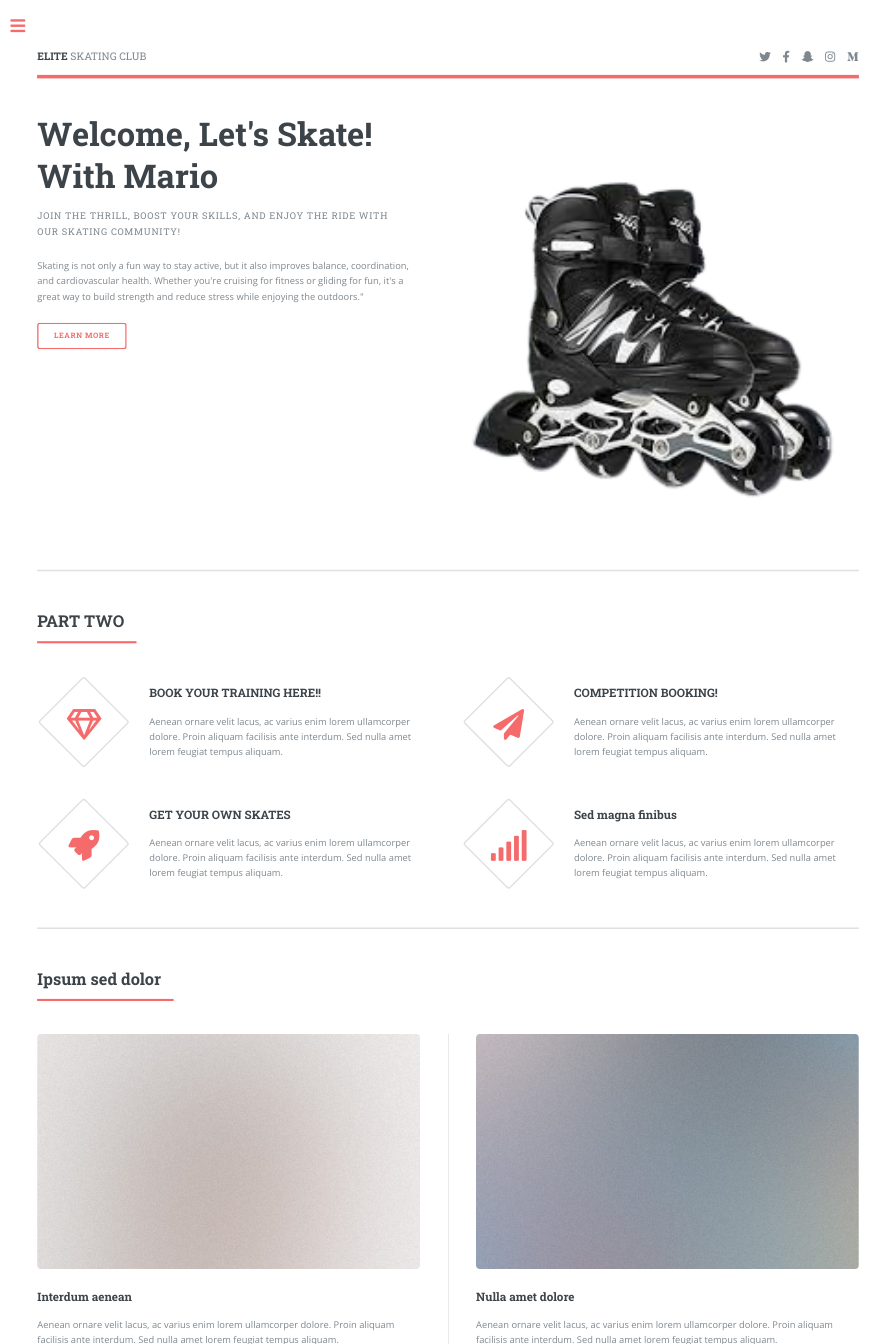
Repository: rachel648/New_Elite
Page: index.html
These files come from the project's save history. The page is drawn as it stood at one moment and after the next save; the edit follows.
The browser window is 1280 px wide. The pictures show the part of the page from y = 0 to 1920 px (the page is 3230 px tall), at 70% of full size.

Above is the page before, as saved 2024-09-20 14:13:46.

### index.html
<!DOCTYPE HTML>
<html>
	<head>
		<title>ELITE SKATES</title>
		<meta charset="utf-8" />
		<meta name="viewport" content="width=device-width, initial-scale=1, user-scalable=no" />
		<link rel="stylesheet" href="assets/css/main.css" />
	</head>
	<body class="is-preload">

		<!-- Wrapper -->
			<div id="wrapper">

				<!-- Main -->
					<div id="main">
						<div class="inner">

							<!-- Header -->
								<header id="header">
									<a href="index.html" class="logo"><strong>ELITE </strong>SKATING CLUB</a>
									<ul class="icons">
										<li><a href="#" class="icon brands fa-twitter"><span class="label">Twitter</span></a></li>
										<li><a href="#" class="icon brands fa-facebook-f"><span class="label">Facebook</span></a></li>
										<li><a href="#" class="icon brands fa-snapchat-ghost"><span class="label">Snapchat</span></a></li>
										<li><a href="#" class="icon brands fa-instagram"><span class="label">Instagram</span></a></li>
										<li><a href="#" class="icon brands fa-medium-m"><span class="label">Medium</span></a></li>
									</ul>
								</header>

							<!-- Banner -->
								<section id="banner">
									<div class="content">
										<header>
											<h1>Welcome, Let's Skate!<br />
											With Mario</h1>
											<p>Join the thrill, boost your skills, and enjoy the ride with our skating community!</p>
										</header>
										<p>Skating is not only a fun way to stay active, but it also improves balance, coordination, and cardiovascular health. Whether you're cruising for fitness or gliding for fun, it's a great way to build strength and reduce stress while enjoying the outdoors."</p>
										<ul class="actions">
											<li><a href="#" class="button big">Learn More</a></li>
										</ul>
									</div>
									<span class="image object">
										<img src="images/skateone-removebg-preview.png" alt="" />
									</span>
								</section>

							<!-- Section -->
								<section>
									<header class="major">
										<h2>PART TWO</h2>
									</header>
									<div class="features">
										<article>
											<span class="icon fa-gem"></span>
											<div class="content">
												<h3>BOOK YOUR TRAINING HERE!!</h3>
												<p>Aenean ornare velit lacus, ac varius enim lorem ullamcorper dolore. Proin aliquam facilisis ante interdum. Sed nulla amet lorem feugiat tempus aliquam.</p>
											</div>
										</article>
										<article>
											<span class="icon solid fa-paper-plane"></span>
											<div class="content">
												<h3>COMPETITION BOOKING!</h3>
												<p>Aenean ornare velit lacus, ac varius enim lorem ullamcorper dolore. Proin aliquam facilisis ante interdum. Sed nulla amet lorem feugiat tempus aliquam.</p>
											</div>
										</article>
										<article>
											<span class="icon solid fa-rocket"></span>
											<div class="content">
												<h3>GET YOUR OWN SKATES</h3>
												<p>Aenean ornare velit lacus, ac varius enim lorem ullamcorper dolore. Proin aliquam facilisis ante interdum. Sed nulla amet lorem feugiat tempus aliquam.</p>
											</div>
										</article>
										<article>
											<span class="icon solid fa-signal"></span>
											<div class="content">
												<h3>Sed magna finibus</h3>
												<p>Aenean ornare velit lacus, ac varius enim lorem ullamcorper dolore. Proin aliquam facilisis ante interdum. Sed nulla amet lorem feugiat tempus aliquam.</p>
											</div>
										</article>
									</div>
								</section>

							<!-- Section -->
								<section>
									<header class="major">
										<h2>Ipsum sed dolor</h2>
									</header>
									<div class="posts">
										<article>
											<a href="#" class="image"><img src="images/pic01.jpg" alt="" /></a>
											<h3>Interdum aenean</h3>
											<p>Aenean ornare velit lacus, ac varius enim lorem ullamcorper dolore. Proin aliquam facilisis ante interdum. Sed nulla amet lorem feugiat tempus aliquam.</p>
											<ul class="actions">
												<li><a href="#" class="button">More</a></li>
											</ul>
										</article>
										<article>
											<a href="#" class="image"><img src="images/pic02.jpg" alt="" /></a>
											<h3>Nulla amet dolore</h3>
											<p>Aenean ornare velit lacus, ac varius enim lorem ullamcorper dolore. Proin aliquam facilisis ante interdum. Sed nulla amet lorem feugiat tempus aliquam.</p>
											<ul class="actions">
												<li><a href="#" class="button">More</a></li>
											</ul>
										</article>
										<article>
											<a href="#" class="image"><img src="images/pic03.jpg" alt="" /></a>
											<h3>Tempus ullamcorper</h3>
											<p>Aenean ornare velit lacus, ac varius enim lorem ullamcorper dolore. Proin aliquam facilisis ante interdum. Sed nulla amet lorem feugiat tempus aliquam.</p>
											<ul class="actions">
												<li><a href="#" class="button">More</a></li>
											</ul>
										</article>
										<article>
											<a href="#" class="image"><img src="images/pic04.jpg" alt="" /></a>
											<h3>Sed etiam facilis</h3>
											<p>Aenean ornare velit lacus, ac varius enim lorem ullamcorper dolore. Proin aliquam facilisis ante interdum. Sed nulla amet lorem feugiat tempus aliquam.</p>
											<ul class="actions">
												<li><a href="#" class="button">More</a></li>
											</ul>
										</article>
										<article>
											<a href="#" class="image"><img src="images/pic05.jpg" alt="" /></a>
											<h3>Feugiat lorem aenean</h3>
											<p>Aenean ornare velit lacus, ac varius enim lorem ullamcorper dolore. Proin aliquam facilisis ante interdum. Sed nulla amet lorem feugiat tempus aliquam.</p>
											<ul class="actions">
												<li><a href="#" class="button">More</a></li>
											</ul>
										</article>
										<article>
											<a href="#" class="image"><img src="images/pic06.jpg" alt="" /></a>
											<h3>Amet varius aliquam</h3>
											<p>Aenean ornare velit lacus, ac varius enim lorem ullamcorper dolore. Proin aliquam facilisis ante interdum. Sed nulla amet lorem feugiat tempus aliquam.</p>
											<ul class="actions">
												<li><a href="#" class="button">More</a></li>
											</ul>
										</article>
									</div>
								</section>

						</div>
					</div>

				<!-- Sidebar -->
					<div id="sidebar">
						<div class="inner">

							<!-- Search -->
								<section id="search" class="alt">
									<form method="post" action="#">
										<input type="text" name="query" id="query" placeholder="Search" />
									</form>
								</section>

							<!-- Menu -->
								<nav id="menu">
									<header class="major">
										<h2>Menu</h2>
									</header>
									<ul>
										<li><a href="index.html">Homepage</a></li>
										<li><a href="generic.html">Generic</a></li>
										<li><a href="elements.html">Elements</a></li>
										<li>
											<span class="opener">Submenu</span>
											<ul>
												<li><a href="#">Lorem Dolor</a></li>
												<li><a href="#">Ipsum Adipiscing</a></li>
												<li><a href="#">Tempus Magna</a></li>
												<li><a href="#">Feugiat Veroeros</a></li>
											</ul>
										</li>
										<li><a href="#">Etiam Dolore</a></li>
										<li><a href="#">Adipiscing</a></li>
										<li>
											<span class="opener">Another Submenu</span>
											<ul>
												<li><a href="#">Lorem Dolor</a></li>
												<li><a href="#">Ipsum Adipiscing</a></li>
												<li><a href="#">Tempus Magna</a></li>
												<li><a href="#">Feugiat Veroeros</a></li>
											</ul>
										</li>
										<li><a href="#">Maximus Erat</a></li>
										<li><a href="#">Sapien Mauris</a></li>
										<li><a href="#">Amet Lacinia</a></li>
									</ul>
								</nav>

							<!-- Section -->
								<section>
									<header class="major">
										<h2>Ante interdum</h2>
									</header>
									<div class="mini-posts">
										<article>
											<a href="#" class="image"><img src="images/pic07.jpg" alt="" /></a>
											<p>Aenean ornare velit lacus, ac varius enim lorem ullamcorper dolore aliquam.</p>
										</article>
										<article>
											<a href="#" class="image"><img src="images/pic08.jpg" alt="" /></a>
											<p>Aenean ornare velit lacus, ac varius enim lorem ullamcorper dolore aliquam.</p>
										</article>
										<article>
											<a href="#" class="image"><img src="images/pic09.jpg" alt="" /></a>
											<p>Aenean ornare velit lacus, ac varius enim lorem ullamcorper dolore aliquam.</p>
										</article>
									</div>
									<ul class="actions">
										<li><a href="#" class="button">More</a></li>
									</ul>
								</section>

							<!-- Section -->
								<section>
									<header class="major">
										<h2>Get in touch</h2>
									</header>
									<p>Sed varius enim lorem ullamcorper dolore aliquam aenean ornare velit lacus, ac varius enim lorem ullamcorper dolore. Proin sed aliquam facilisis ante interdum. Sed nulla amet lorem feugiat tempus aliquam.</p>
									<ul class="contact">
										<li class="icon solid fa-envelope"><a href="#">information@untitled.tld</a></li>
										<li class="icon solid fa-phone">(000) 000-0000</li>
										<li class="icon solid fa-home">1234 Somewhere Road #8254<br />
										Nashville, TN 00000-0000</li>
									</ul>
								</section>

							<!-- Footer -->
								<footer id="footer">
									<p class="copyright">&copy; Untitled. All rights reserved. Demo Images: <a href="https://unsplash.com">Unsplash</a>. Design: <a href="https://html5up.net">HTML5 UP</a>.</p>
								</footer>

						</div>
					</div>

			</div>

		<!-- Scripts -->
			<script src="assets/js/jquery.min.js"></script>
			<script src="assets/js/browser.min.js"></script>
			<script src="assets/js/breakpoints.min.js"></script>
			<script src="assets/js/util.js"></script>
			<script src="assets/js/main.js"></script>

	</body>
</html>

Loaded but not shown: assets/css/fontawesome-all.min.css (library); assets/js/jquery.min.js (library); assets/js/browser.min.js (common file); assets/js/breakpoints.min.js (common file); assets/js/util.js (587 lines, source omitted); assets/js/main.js (262 lines, source omitted); assets/css/main.css (2284 lines, source omitted)

After the next save:
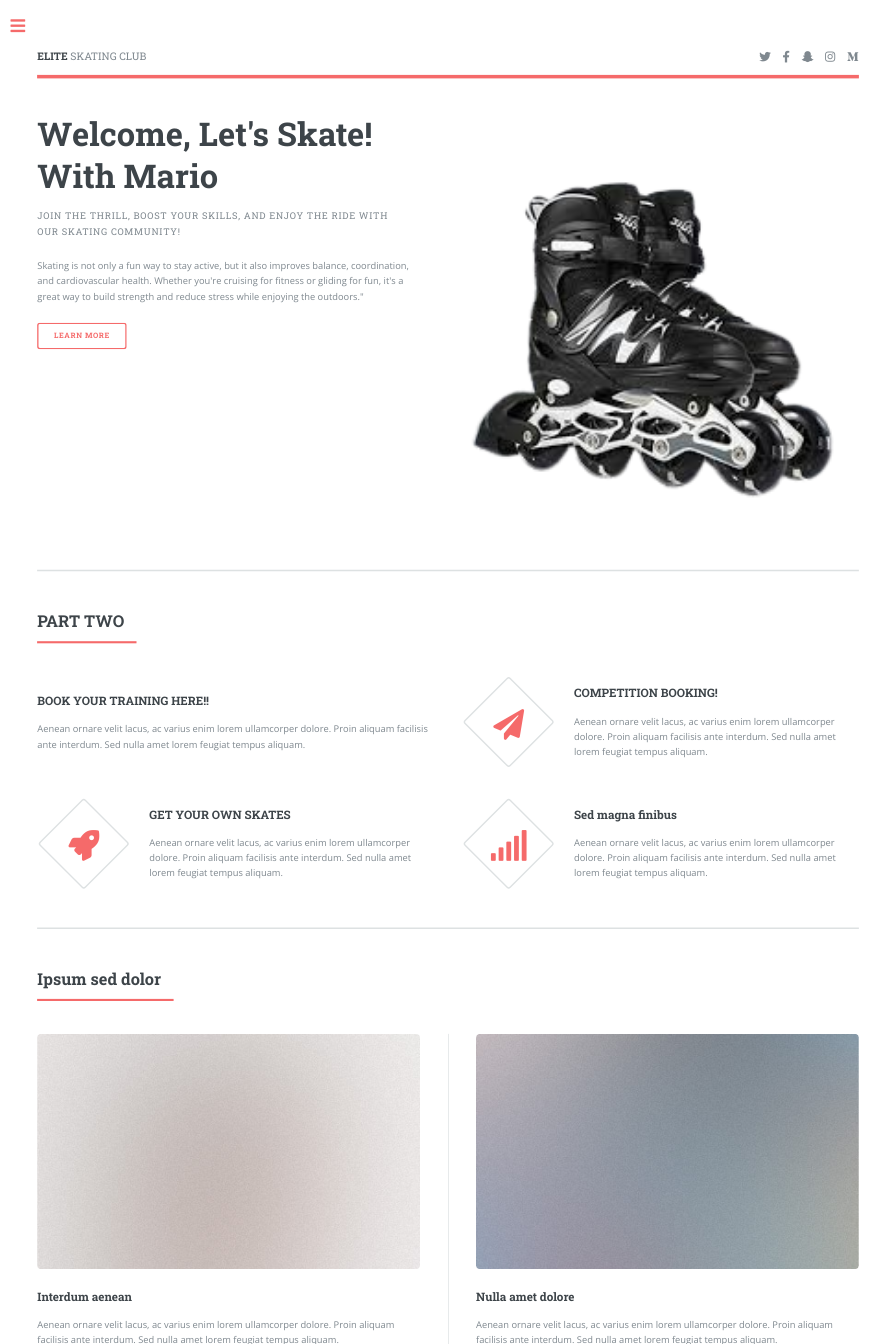
Not found: images/traininng.png
Saved 2 min 23 s later.
--- a/index.html
+++ b/index.html
@@ -52,7 +52,8 @@
 									</header>
 									<div class="features">
 										<article>
-											<span class="icon fa-gem"></span>
+											<span class="image object"></span>
+											<img src="images/traininng.png" alt="" />
 											<div class="content">
 												<h3>BOOK YOUR TRAINING HERE!!</h3>
 												<p>Aenean ornare velit lacus, ac varius enim lorem ullamcorper dolore. Proin aliquam facilisis ante interdum. Sed nulla amet lorem feugiat tempus aliquam.</p>
